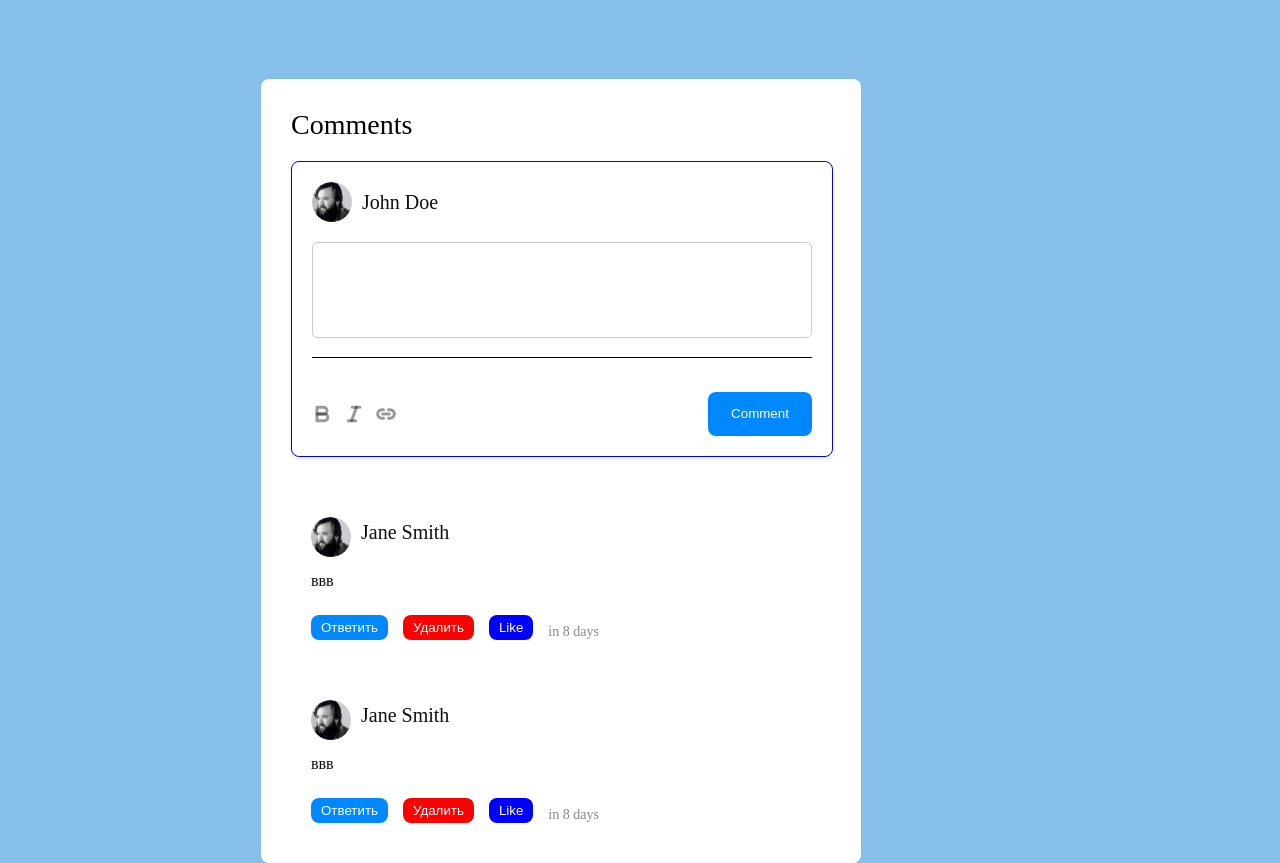
Repository: nikiforovki/appcommits
Page: /
An editor plug-in stored every save of this project. The page is shown before and after the next save, followed by the edit.
The browser window is 1280 px wide. The pictures show the whole page.
The project was rebuilt for these pictures with package versions that can differ from the ones it lists, and the page was loaded fresh each time. Requests to the local data server were answered from the project's data file. Also part of the build but not shown: webpack.config.ts.

Above is the page before, as saved 2024-08-23 07:40:52.

### public/index.html
<!DOCTYPE html>
<html lang="en">
<head>
    <meta charset="UTF-8" />
    <meta name="viewport" content="width=device-width, initial-scale=1.0" />
    <meta http-equiv="X-UA-Compatible" content="ie=edge" />
    <title>React App</title>
</head>
<body>
<div id="root"></div>
</body>
</html>

### src/index.tsx
import React from 'react';
import { createRoot } from 'react-dom/client';
import App from './App';
import StoreProvider from './app/providers/StoreProvider';

const rootElement = document.getElementById('root');
const root = createRoot(rootElement);
root.render(
  <React.StrictMode>
    <StoreProvider>
      <App />
    </StoreProvider>
  </React.StrictMode>,
);

### src/App.tsx
import React from 'react';
import MainLayout from './Companents/MainLayout';
import './styles/GlobalStyles.css';

const App = () => {
  return <MainLayout />;
};

export default App;

// import React, { useState } from 'react';
// import MainLayout from '../src/Companents/MainLayout';
// import './styles/GlobalStyles.css';
// import {
//   useGetSomeDataQuery,
//   useAddCommitMutation,
//   useDeleteCommitMutation,
// } from '../api/rtkQuery';
//
// const App: React.FC = () => {
//   const [newCommit, setNewCommit] = useState('');
//   const { data = [], isLoading } = useGetSomeDataQuery();
//   const [addCommit, { isError }] = useAddCommitMutation();
//   const [deleteCommit] = useDeleteCommitMutation();
//
//   const handleAddCommit = async () => {
//     if (newCommit) {
//       try {
//         await addCommit({ name: newCommit }).unwrap();
//         setNewCommit('');
//       } catch (error) {
//         console.error('Failed to add commit: ', error);
//       }
//     }
//   };
//
//   const handleDeleteCommit = async (id: string) => {
//     try {
//       await deleteCommit(id).unwrap();
//     } catch (error) {
//       console.error('Failed to delete commit: ', error);
//     }
//   };
//
//   if (isLoading) return <h1>Loading...</h1>;
//
//   return (
//     <div>
//       <input
//         type="text"
//         value={newCommit}
//         onChange={(e) => setNewCommit(e.target.value)}
//       />
//       <button onClick={handleAddCommit}>Add Commit</button>
//       <div>
//         {/*<MainLayout />*/}
//         <ul>
//           {data.map((item) => (
//             <li key={item.id} onClick={() => handleDeleteCommit(item.id)}>
//               {item.name}
//             </li>
//           ))}
//         </ul>
//       </div>
//     </div>
//   );
// };
//
// export default App;

// import React, { useState } from 'react';
// import MainLayout from '../src/Companents/MainLayout';
// import './styles/GlobalStyles.css';
// import { useGetSomeDataQuery, useAddCommitMutation } from '../api/rtkQuery';
//
// const App: React.FC = () => {
//   const [count, setCount] = useState('');
//   const [newCommit, setNewCommit] = useState('');
//   const { data = [], isLoading } = useGetSomeDataQuery(count);
//   const [addCommit, { isError }] = useAddCommitMutation();
//
//   const handleAddCommit = async () => {
//     if ( newCommit) {
//       await addCommit({name: newCommit}.unwrap();
//       setNewCommit('')
//       )
//     }
//   }
//
//   if (isLoading) return <h1>Loading...</h1>;
//
//   return (
//     <div>
//       <input
//         type='text'
//         value={newCommit}
//         onChange={(e) => {handleAddCommit(e.target.value)}
//           />
//        <button onClick= {handleAddCommit}>Add Commit</button>
//     </div>
//     <div>
//       {/*<MainLayout />*/}
//       <ul>
//         {data.map((item) => (
//           <li key={item.id}>{item.name}</li>
//         ))}
//       </ul>
//     </div>
//   );
// };
//
// export default App;

### src/app/providers/StoreProvider.tsx
// src/app/providers/StoreProvider.tsx
import React from 'react';
import { Provider } from 'react-redux';
import { store } from './store';

interface StoreProviderProps {
  children: React.ReactNode;
}

const StoreProvider: React.FC<StoreProviderProps> = ({ children }) => {
  return <Provider store={store}>{children}</Provider>;
};

export default StoreProvider;

### src/Companents/MainLayout.tsx
import React, { useState, useEffect } from 'react';
import styled from 'styled-components';
import {
  useGetSomeDataQuery,
  useAddCommitMutation,
  useDeleteCommitMutation,
  useLikeCommentMutation,
  useUnlikeCommentMutation,
  useAddReplyMutation,
  useUpdateCommentMutation,
} from '../api/rtkQuery';
import { Comment } from '../api/types';
import { formatDistanceToNow } from 'date-fns';
import Skeleton from 'react-loading-skeleton';
import 'react-loading-skeleton/dist/skeleton.css';

const StyledContainer = styled.div`
  width: 600px;
  height: ${(props) =>
    `${props.setCommentsCount * 300}px`}; // Используем динамическую высоту
  min-height: 671px; // Минимальная высота
  position: absolute;
  top: 79px;
  left: 261px;
  border-radius: 8px;
  font-size: 28px;
  background-color: #ffffff;
  color: #0e0d0d;
`;

const StyledTitle = styled.div`
  margin-top: 30px;
  margin-left: 30px;
  color: black;
`;

const StyledCommentBorder = styled.div`
  width: 500px;
  height: 254px;
  margin-top: 20px;
  margin-left: 30px;
  margin-right: 30px;
  margin-bottom: 40px;
  border-radius: 8px;
  border: 1px solid blue;
  box-shadow: 0 2px 4px rgba(0, 0, 0, 0.1);
  padding: 20px;
  color: #333;
  display: flex;
  flex-direction: column;
  justify-content: space-between;
`;

const StyledUserContainer = styled.div`
  display: flex;
  align-items: center;
  gap: 10px;
  margin-bottom: 15px;
`;

const StyledName = styled.div`
  position: relative;
  font-size: 20px;
  color: #101010;
`;

const StyledTextarea = styled.textarea`
  font-size: 16px;
  font-weight: ${({ isBold }) => (isBold ? 'bold' : 'normal')};
  height: 84px;
  padding: 10px 10px 0 10px;
  border: 1px solid #ccc;
  border-radius: 5px;
  outline: none;
  word-break: break-all;
  white-space: pre-wrap;
  resize: none;
  &:focus {
    border-color: #007bff;
  }
`;

const StyledLine = styled.div`
  width: 100%;
  height: 2px;
  border-top: 1px solid #000000;
  margin-top: 15px;
`;

const IconsAndButtonContainer = styled.div`
  display: flex;
  align-items: center;
  gap: 12px;
  margin-top: 27px;
`;

const StyledButtonComment = styled.button`
  width: 108px;
  height: 44px;
  background-color: #0089ff;
  color: white;
  border: none;
  padding: 10px 20px;
  border-radius: 8px;
  cursor: pointer;
  margin-left: 300px;
  &:hover {
    background-color: #0056b3;
  }
`;

const StyledCommentContainer = styled.div`
  width: 500px;
  height: auto;
  margin-left: 30px;
  margin-bottom: 20px;
  padding: 20px;
  font-size: 16px;
`;

const StyledCommentName = styled.div`
  font-size: 20px;
  color: #101010;
  margin-bottom: 10px;
`;

const StyledCommentText = styled.span`
  display: block;
  width: 100%;
  word-break: break-word;
  font-weight: ${({ isBold }) => (isBold ? 'bold' : 'normal')};
  margin-bottom: 15px;
`;

const StyledButtoncontainerComment = styled.div`
  display: flex;
  align-items: flex-end;
  word-break: break-word;
  gap: 15px;
`;

const StyledCommentTimestamp = styled.div`
  font-size: 14px;
  color: #888;
  margin-top: 10px;
`;

const StyledDeleteButton = styled.button`
  background-color: #ff0000;
  color: white;
  border: none;
  padding: 5px 10px;
  border-radius: 8px;
  cursor: pointer;
  margin-top: 10px;
  align-self: flex-end;
  &:hover {
    background-color: #cc0000;
  }
`;

const StyledLikeButton = styled.button`
  background-color: ${({ liked }) => (liked ? 'red' : 'blue')};
  color: white;
  border: none;
  padding: 5px 10px;
  border-radius: 8px;
  cursor: pointer;
  margin-top: 10px;
  align-self: flex-end;
`;

const StyledReplyContainer = styled.div`
  margin-top: 10px;
  padding-left: 20px;
  border-left: 2px solid #ccc;
`;

const StyledReplyTextarea = styled.textarea`
  width: 100%;
  height: 60px;
  border-radius: 5px;
  outline: none;
  resize: none;
  &:focus {
    border-color: #007bff;
  }
`;

const StyledReplyButton = styled.button`
  background-color: #0089ff;
  color: white;
  border: none;
  padding: 5px 10px;
  border-radius: 8px;
  cursor: pointer;
  margin-top: 10px;
  &:hover {
    background-color: #0056b3;
  }
`;

const MainLayout: React.FC = () => {
  const [newComment, setNewComment] = useState('');
  const { data = [], isLoading, refetch } = useGetSomeDataQuery();
  const [addComment, { isError }] = useAddCommitMutation();
  const [deleteComment] = useDeleteCommitMutation();
  const [likeComment] = useLikeCommentMutation();
  const [unlikeComment] = useUnlikeCommentMutation();
  const [addReply] = useAddReplyMutation();
  const [updateComment] = useUpdateCommentMutation(); // Хук для обновления комментария
  const [commentsCount, setCommentsCount] = useState(0);
  const [replyText, setReplyText] = useState('');
  const [replyTo, setReplyTo] = useState<string | null>(null);
  const [textFormatting, setTextFormatting] = useState<{
    [key: string]: boolean;
  }>({});
  const [isLocalLoading, setIsLocalLoading] = useState(true);

  useEffect(() => {
    setCommentsCount(data.length);
    if (!isLoading) {
      setIsLocalLoading(false);
    }
  }, [data, isLoading]);

  const handleAddComment = async () => {
    if (newComment) {
      try {
        const commitData: Partial<Comment> = {
          id: Date.now().toString(),
          img: '/img/IconMan.svg',
          author: 'Jane Smith',
          text: newComment,
          timestamp: new Date().toISOString(),
          liked: false,
          isBold: false,
          replies: [],
        };
        await addComment(commitData).unwrap();
        setNewComment('');
        refetch();
      } catch (error) {
        console.error('Не удалось добавить коммит: ', error);
      }
    }
  };

  const handleDeleteComment = async (id: string) => {
    try {
      await deleteComment(id).unwrap();
      refetch();
    } catch (error) {
      console.error('Не удалось удалить коммит: ', error);
    }
  };

  const handleLikeOrUnlike = async (id: string, action: 'like' | 'unlike') => {
    try {
      const commentIndex = data.findIndex((c) => c.id === id);
      if (commentIndex !== -1) {
        let newLikedState = data[commentIndex].liked;
        if (action === 'like') {
          newLikedState = true;
          await likeComment(id).unwrap();
        } else if (action === 'unlike') {
          newLikedState = false;
          await unlikeComment(id).unwrap();
        }
        const updatedData = [...data];
        updatedData[commentIndex] = {
          ...updatedData[commentIndex],
          liked: newLikedState,
        };
        refetch();
      }
    } catch (error) {
      if (error.status === 404) {
        console.error(`Комментарий ${id} не найден`);
      } else {
        console.error(
          `${action === 'like' ? 'Лайк' : 'Антилайк'} не удалось: `,
          error,
        );
      }
    }
  };

  const handleReply = async (commentId: string) => {
    if (replyText) {
      try {
        const replyData = {
          author: 'John Doe',
          text: replyText,
          timestamp: new Date().toISOString(),
        };
        await addReply({ commentId, ...replyData }).unwrap();
        setReplyText('');
        setReplyTo(null);
        refetch();
      } catch (error) {}
    }
  };

  const toggleBoldFormatting = async (id: string) => {
    const newIsBold = !textFormatting[id];
    setTextFormatting((prevFormatting) => ({
      ...prevFormatting,
      [id]: newIsBold,
    }));

    try {
      await updateComment({ id, isBold: newIsBold }).unwrap();
      refetch();
    } catch (error) {
      console.error('Не удалось обновить комментарий: ', error);
    }
  };

  const parseDate = (dateString: string) => {
    const parsed = Date.parse(dateString.replace(',', ''));
    return isNaN(parsed) ? null : new Date(parsed);
  };

  if (isLocalLoading) {
    return (
      <div style={{ position: 'relative' }}>
        <StyledContainer commentsCount={setCommentsCount}>
          <StyledTitle>Comments</StyledTitle>
          <StyledCommentBorder>
            <StyledUserContainer>
              <img
                src="/img/IconMan.svg"
                alt="Описание изображения"
                width="40"
                height="40"
              />
              <StyledName>John Doe</StyledName>
            </StyledUserContainer>
            <StyledTextarea
              value={newComment}
              onChange={(e) => setNewComment(e.target.value)}
              isBold={textFormatting['newComment'] || false}
            />
            <StyledLine />

            <IconsAndButtonContainer>
              <img
                src="/img/IconBoldText.svg"
                alt="Иконка форматирования текста"
                width="20"
                height="20"
                onClick={() => toggleBoldFormatting('newComment')}
                style={{ cursor: 'pointer' }}
              />
              <img
                src="/img/IconItalicText.svg"
                alt="Иконка курсива"
                width="20"
                height="20"
              />
              <img
                src="/img/IconLink.svg"
                alt="Иконка ссылка"
                width="20"
                height="20"
              />

              <StyledButtonComment onClick={handleAddComment}>
                Comment
              </StyledButtonComment>
            </IconsAndButtonContainer>
          </StyledCommentBorder>

          {[...Array(commentsCount || 0)].map((_, index) => (
            <StyledCommentContainer key={index}>
              <StyledUserContainer>
                <Skeleton circle width={40} height={40} color="darkgray" />
                <Skeleton width={80} height={20} color="darkgray" />
              </StyledUserContainer>
              <Skeleton width="100%" height={60} color="darkgray" />
              <StyledButtoncontainerComment>
                <Skeleton width={80} height={30} color="darkgray" />
                <Skeleton width={80} height={30} color="darkgray" />
                <Skeleton width={50} height={30} color="darkgray" />
                <Skeleton width={100} height={30} color="darkgray" />
              </StyledButtoncontainerComment>
            </StyledCommentContainer>
          ))}
        </StyledContainer>
      </div>
    );
  }

  return (
    <div style={{ position: 'relative' }}>
      <StyledContainer commentsCount={commentsCount}>
        <StyledTitle>Comments</StyledTitle>
        <StyledCommentBorder>
          <StyledUserContainer>
            <img
              src="/img/IconMan.svg"
              alt="Описание изображения"
              width="40"
              height="40"
            />
            <StyledName>John Doe</StyledName>
          </StyledUserContainer>
          <StyledTextarea
            value={newComment}
            onChange={(e) => setNewComment(e.target.value)}
            isBold={textFormatting['newComment'] || false}
          />
          <StyledLine />

          <IconsAndButtonContainer>
            <img
              src="/img/IconBoldText.svg"
              alt="Иконка форматирования текста"
              width="20"
              height="20"
              onClick={() => toggleBoldFormatting('newComment')}
              style={{ cursor: 'pointer' }}
            />
            <img
              src="/img/IconItalicText.svg"
              alt="Иконка курсива"
              width="20"
              height="20"
            />
            <img
              src="/img/IconLink.svg"
              alt="Иконка ссылка"
              width="20"
              height="20"
            />

            <StyledButtonComment onClick={handleAddComment}>
              Comment
            </StyledButtonComment>
          </IconsAndButtonContainer>
        </StyledCommentBorder>

        {data
          .slice()
          .reverse()
          .map((item) => {
            const parsedDate = parseDate(item.timestamp);
            return (
              <StyledCommentContainer key={item.id}>
                <StyledUserContainer>
                  {item.img ? (
                    <img src={item.img} alt="Commit Image" />
                  ) : (
                    <Skeleton circle width={40} height={40} color="red" />
                  )}
                  {item.author ? (
                    <StyledCommentName>{item.author}</StyledCommentName>
                  ) : (
                    <Skeleton width={80} height={20} color="red" />
                  )}
                </StyledUserContainer>
                <StyledCommentText isBold={textFormatting[item.id] || false}>
                  {item.text}
                </StyledCommentText>
                <StyledButtoncontainerComment>
                  {replyTo === item.id ? (
                    <>
                      <StyledReplyContainer>
                        <StyledReplyTextarea
                          value={replyText}
                          onChange={(e) => setReplyText(e.target.value)}
                        />
                        <StyledReplyButton onClick={() => handleReply(item.id)}>
                          Отправить ответ
                        </StyledReplyButton>
                      </StyledReplyContainer>
                    </>
                  ) : (
                    <>
                      <StyledReplyButton onClick={() => setReplyTo(item.id)}>
                        Ответить
                      </StyledReplyButton>
                      {!replyTo && (
                        <>
                          <StyledDeleteButton
                            onClick={() => handleDeleteComment(item.id)}
                          >
                            Удалить
                          </StyledDeleteButton>
                          <StyledLikeButton
                            liked={item.liked}
                            onClick={() =>
                              handleLikeOrUnlike(
                                item.id,
                                item.liked ? 'unlike' : 'like',
                              )
                            }
                          >
                            {item.liked ? 'Unlike' : 'Like'} {item.likes}
                          </StyledLikeButton>
                          <StyledCommentTimestamp>
                            {parsedDate &&
                              formatDistanceToNow(parsedDate, {
                                addSuffix: true,
                              })}
                          </StyledCommentTimestamp>
                        </>
                      )}
                    </>
                  )}
                </StyledButtoncontainerComment>
                {item.replies && item.replies.length > 0 && (
                  <StyledReplyContainer>
                    {item.replies.map((reply) => {
                      const parsedReplyDate = parseDate(reply.timestamp);
                      return (
                        <div key={reply.id}>
                          <StyledCommentName>{reply.author}</StyledCommentName>
                          <StyledCommentText>{reply.text}</StyledCommentText>
                          <StyledCommentTimestamp>
                            {parsedReplyDate &&
                              formatDistanceToNow(parsedReplyDate, {
                                addSuffix: true,
                              })}
                          </StyledCommentTimestamp>
                        </div>
                      );
                    })}
                  </StyledReplyContainer>
                )}
              </StyledCommentContainer>
            );
          })}
      </StyledContainer>
    </div>
  );
};

export default MainLayout;

### src/styles/GlobalStyles.css

body {
  margin: 0;
  padding: 0;
  background-color: rgba(66, 155, 223, 0.64);
}

### src/app/providers/store.ts
import { configureStore } from '@reduxjs/toolkit';
import rtkQueryApi from '../../api/rtkQuery';

export const store = configureStore({
  reducer: {
    [rtkQueryApi.reducerPath]: rtkQueryApi.reducer,
  },
  middleware: (getDefaultMiddleware) =>
    getDefaultMiddleware().concat(rtkQueryApi.middleware),
});

### src/api/rtkQuery.ts
import { createApi, fetchBaseQuery } from '@reduxjs/toolkit/query/react';
import { Comment, Reply } from './types';

const rtkQueryApi = createApi({
  reducerPath: 'commentApi',
  baseQuery: fetchBaseQuery({ baseUrl: 'http://localhost:3000' }),
  tagTypes: ['Comment'],
  endpoints: (builder) => ({
    getSomeData: builder.query<Comment[], void>({
      query: () => 'comments',
      providesTags: (result) =>
        result
          ? [
              ...result.map(({ id }) => ({ type: 'Comment' as const, id })),
              { type: 'Comment' as const, id: 'LIST' },
            ]
          : [{ type: 'Comment' as const, id: 'LIST' }],
    }),
    addCommit: builder.mutation<Comment, Partial<Comment>>({
      query: (body) => ({
        url: 'comments',
        method: 'POST',
        body,
      }),
      invalidatesTags: [{ type: 'Comment' as const, id: 'LIST' }],
    }),
    deleteCommit: builder.mutation<void, string>({
      query: (id) => ({
        url: `comments/${id}`,
        method: 'DELETE',
      }),
      invalidatesTags: (result, error, id) => [
        { type: 'Comment' as const, id },
      ],
    }),
    likeComment: builder.mutation<Comment, string>({
      query: (id) => ({
        url: `comments/${id}`,
        method: 'PATCH',
        body: { liked: true },
      }),
      invalidatesTags: (result, error, id) => [
        { type: 'Comment' as const, id },
      ],
    }),
    unlikeComment: builder.mutation<Comment, string>({
      query: (id) => ({
        url: `comments/${id}`,
        method: 'PATCH',
        body: { liked: false },
      }),
      invalidatesTags: (result, error, id) => [
        { type: 'Comment' as const, id },
      ],
    }),
    addReply: builder.mutation<Comment, Partial<Reply>>({
      query: (body) => ({
        url: `comments/${body.commentId}/replies`,
        method: 'POST',
        body: {
          author: body.author,
          text: body.text,
          timestamp: new Date().toISOString(),
        },
      }),
      invalidatesTags: (result, error, { commentId }) => [
        { type: 'Comment' as const, id: commentId },
      ],
    }),
    updateComment: builder.mutation<Comment, Partial<Comment>>({
      query: (body) => ({
        url: `comments/${body.id}`,
        method: 'PATCH',
        body,
      }),
      invalidatesTags: (result, error, { id }) => [
        { type: 'Comment' as const, id },
      ],
    }),
  }),
});

export const {
  useGetSomeDataQuery,
  useAddCommitMutation,
  useDeleteCommitMutation,
  useLikeCommentMutation,
  useUnlikeCommentMutation,
  useAddReplyMutation,
  useUpdateCommentMutation,
} = rtkQueryApi;
export default rtkQueryApi;

### db.json
{
  "comments": [
    {
      "id": "1724387971863",
      "img": "/img/IconMan.svg",
      "author": "Jane Smith",
      "text": "ввв",
      "timestamp": "2024-08-23T04:39:31.863Z",
      "liked": false,
      "isBold": true,
      "replies": []
    },
    {
      "id": "1724388010667",
      "img": "/img/IconMan.svg",
      "author": "Jane Smith",
      "text": "ввв",
      "timestamp": "2024-08-23T04:40:10.667Z",
      "liked": false,
      "isBold": true,
      "replies": []
    }
  ]
}

After the next save:
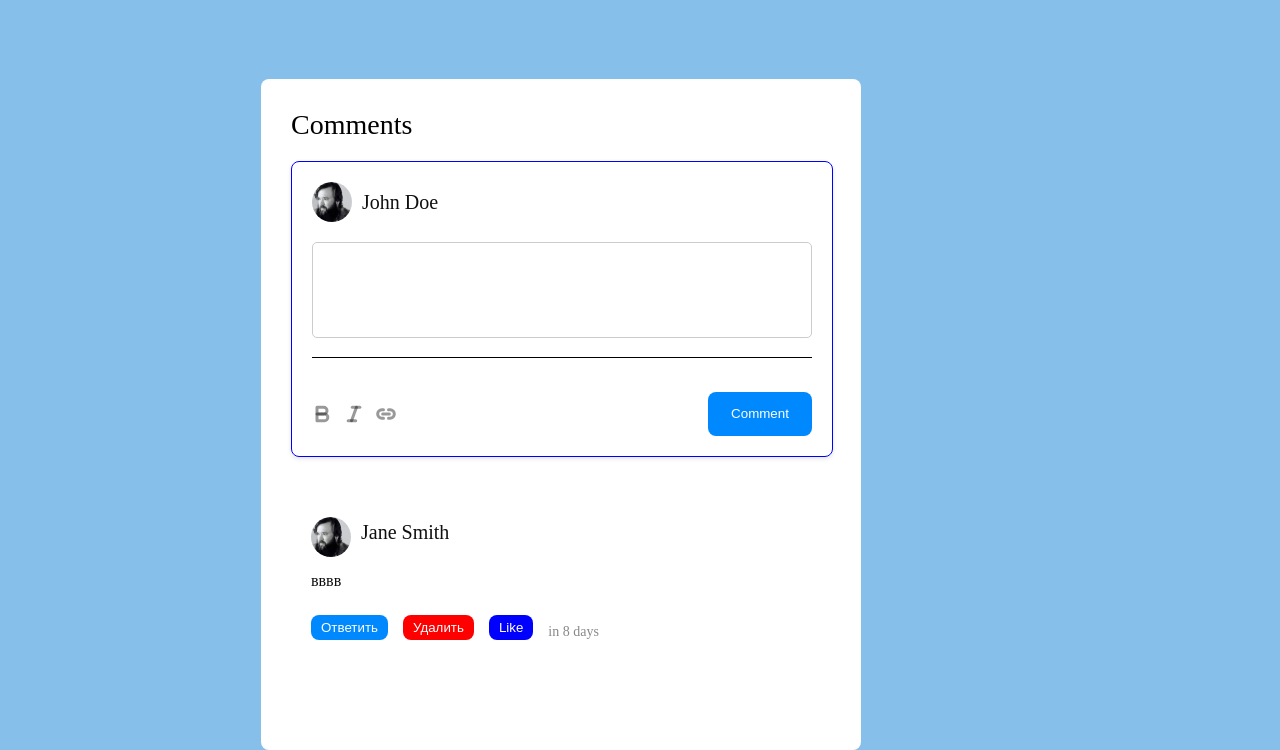
Saved 72 s later.
--- a/db.json
+++ b/db.json
@@ -1,21 +1,11 @@
 {
   "comments": [
     {
-      "id": "1724387971863",
+      "id": "1724388109748",
       "img": "/img/IconMan.svg",
       "author": "Jane Smith",
-      "text": "ввв",
-      "timestamp": "2024-08-23T04:39:31.863Z",
-      "liked": false,
-      "isBold": true,
-      "replies": []
-    },
-    {
-      "id": "1724388010667",
-      "img": "/img/IconMan.svg",
-      "author": "Jane Smith",
-      "text": "ввв",
-      "timestamp": "2024-08-23T04:40:10.667Z",
+      "text": "вввв",
+      "timestamp": "2024-08-23T04:41:49.748Z",
       "liked": false,
       "isBold": true,
       "replies": []
